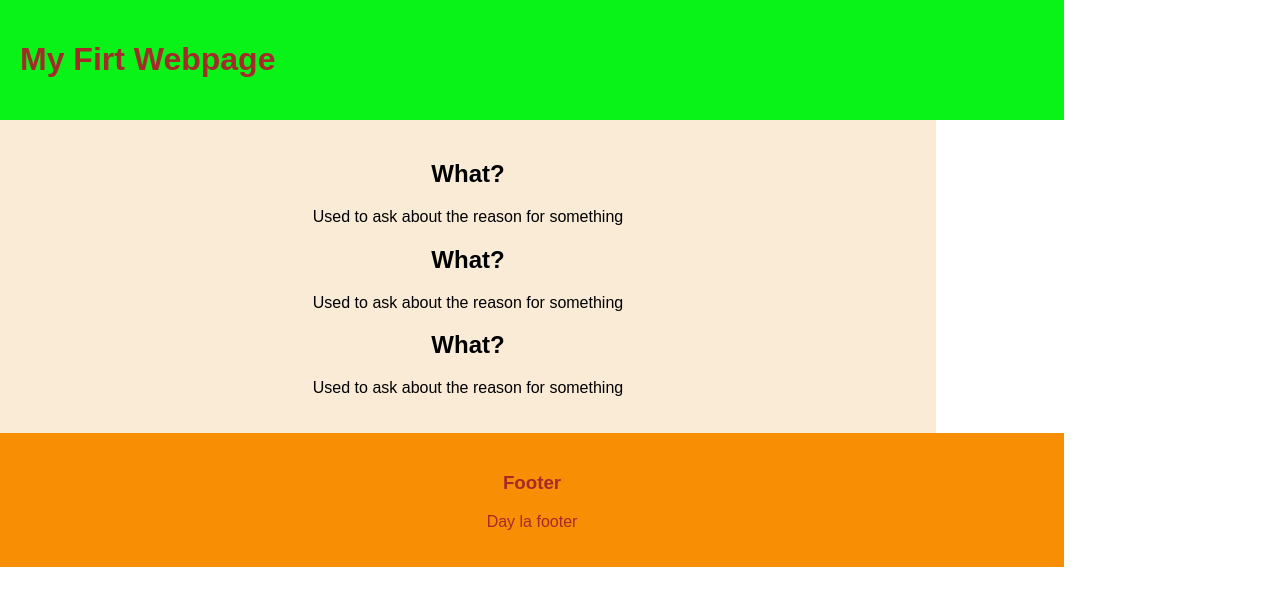
Repository: Thonghehe/Lab2_Web106
Page: Buoi2/l22.html
These files come from the project's save history. The page is drawn as it stood at one moment and after the next save; the edit follows.
The browser window is 1280 px wide. The pictures show the whole page.

Above is the page before, as saved 2024-03-13 21:58:17.

After the next save:
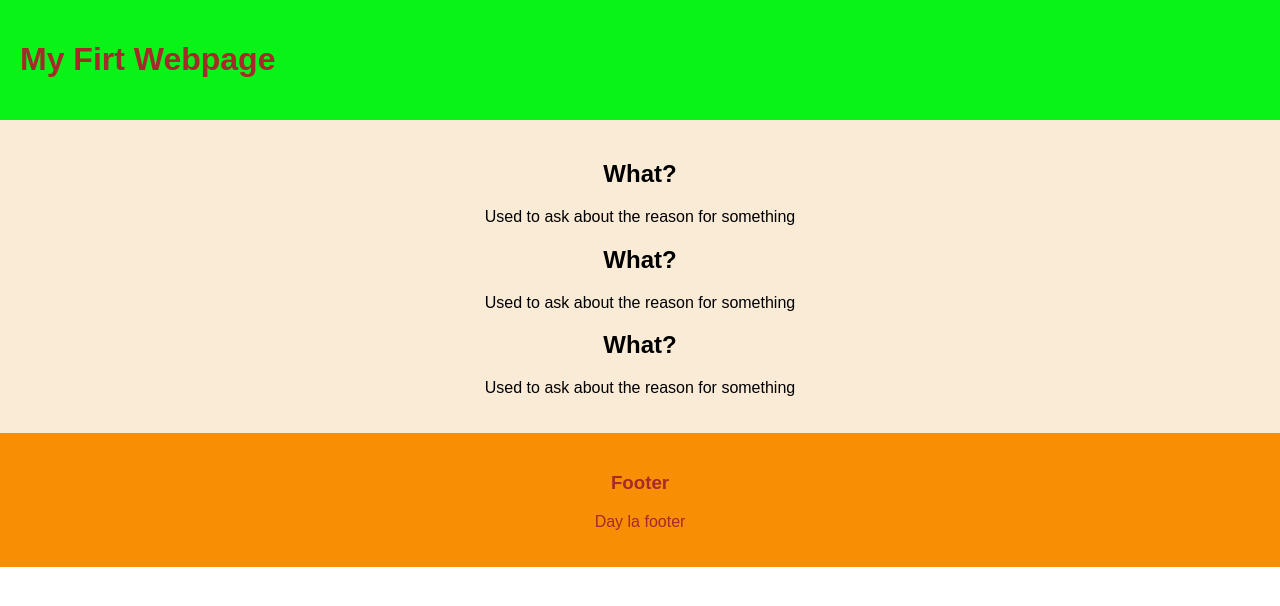
Saved 2 min 38 s later.
--- a/Buoi2/l22.html
+++ b/Buoi2/l22.html
@@ -11,7 +11,7 @@
             margin: auto;
             padding: 0;
             display: flex;
-            justify-content: center;
+
             /* Hien thi dang cot */
             flex-direction: column;
             min-width: 100vh;
@@ -24,7 +24,7 @@
             color: brown;
             padding: 20px;
             flex-shrink: 0;
-            width: 80%;
+
         }
 
         .content {
@@ -32,7 +32,7 @@
             padding: 20px;
             text-align: center;
             flex-grow: 1;
-            width: 70%;
+
 
         }
 
